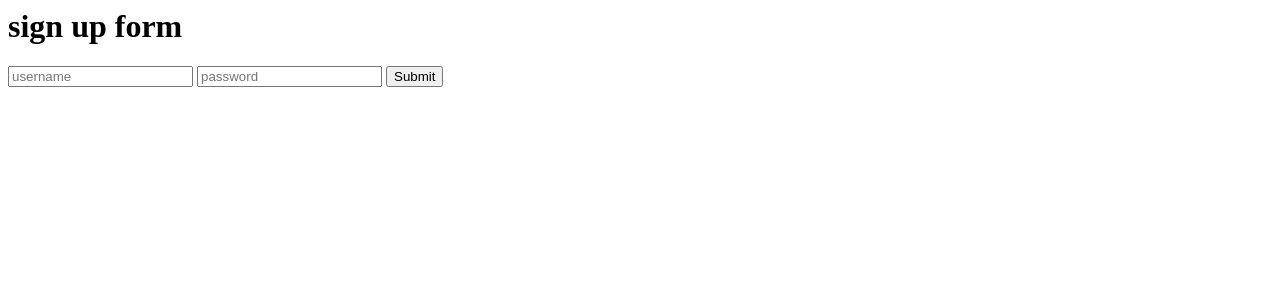
Repository: itsSYBruce/Redfin-Food-Truck
Page: http://localhost/register
The author's editor kept a record of every edit. The page is drawn from the files as they stood at one moment, then again after the next edit.
The browser window is 1280 px wide. The pictures show the whole page.
The page is served by the project's Node server (Authentication/AuthoDemo/app.js).

Above is the page before.

After the next edit:
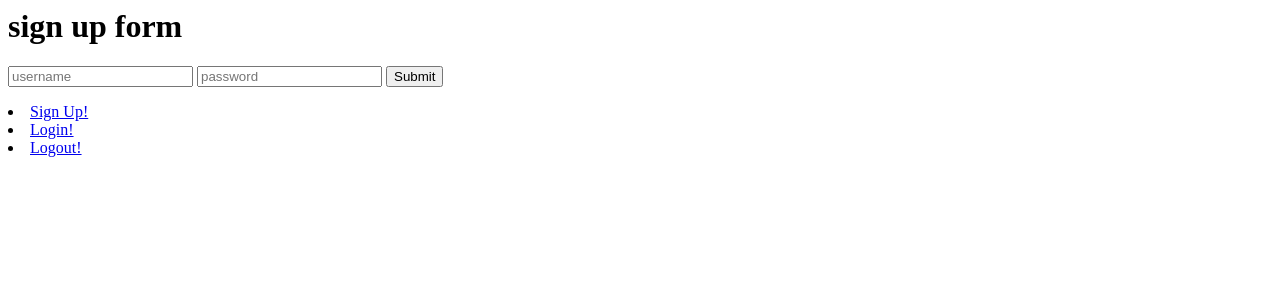
The edit:
--- a/rulev bs4/Authentication/AuthoDemo/views/register.ejs
+++ b/rulev bs4/Authentication/AuthoDemo/views/register.ejs
@@ -5,3 +5,7 @@
     <input type = "password" name = "password" placeholder = "password">
     <button>Submit</button>
 </form>
+
+<li><a href="/register">Sign Up!</a></li>
+<li><a href="/login">Login!</a></li>
+<li><a href="/logout">Logout!</a></li>
